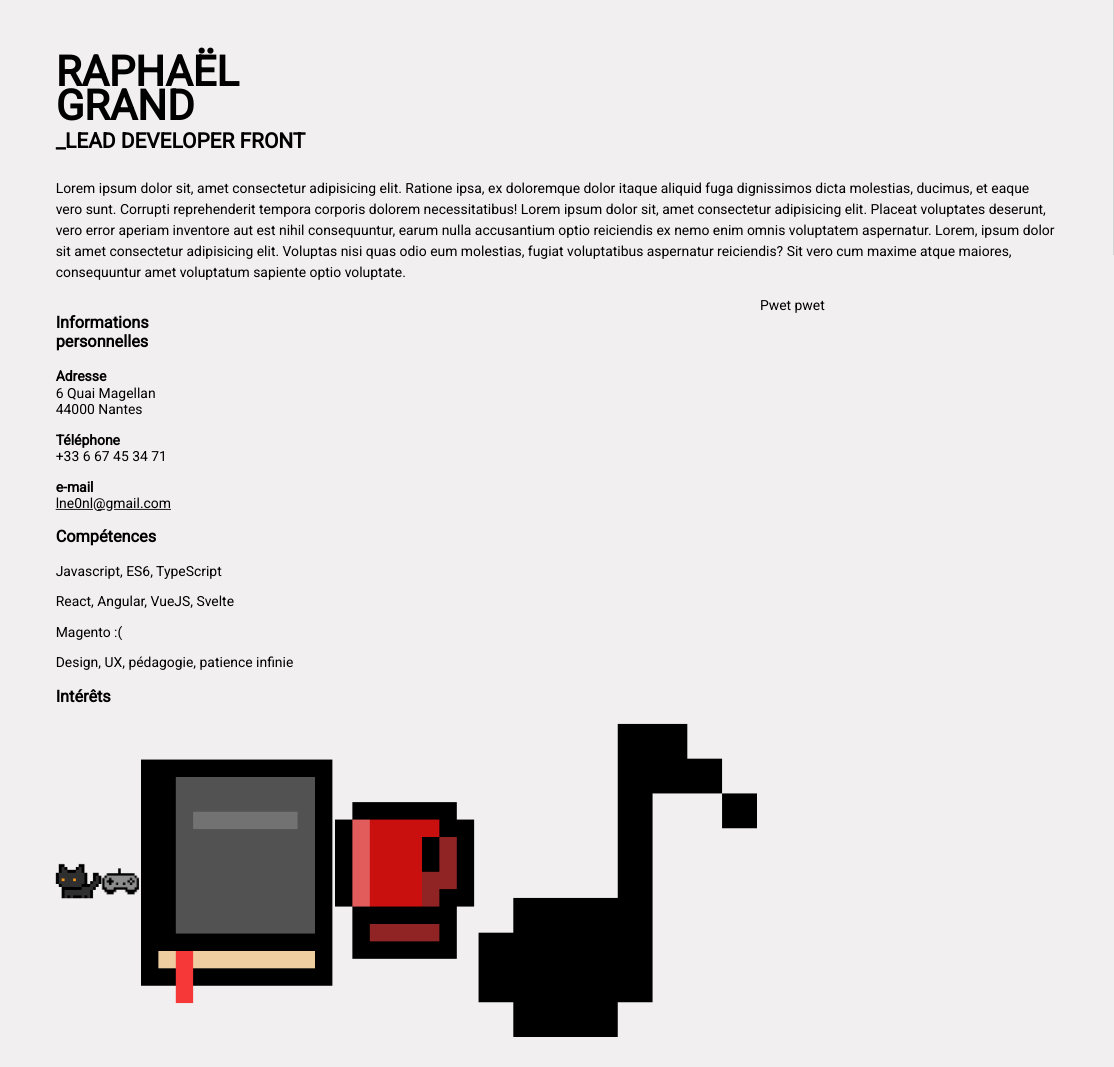
Repository: lne0nl/resume
Page: index.html
An editor plug-in stored every save of this project. The page is shown before and after the next save, followed by the edit.
The browser window is 1280 px wide. The pictures show the whole page, at 87% of full size.

Above is the page before, as saved 2021-12-10 11:09:25.

### index.html
<!DOCTYPE html>
<html lang="fr">
  <head>
    <meta charset="UTF-8" />
    <meta http-equiv="X-UA-Compatible" content="IE=edge" />
    <meta name="viewport" content="width=device-width, initial-scale=1.0" />
    <link rel="preconnect" href="https://fonts.googleapis.com" />
    <link rel="preconnect" href="https://fonts.gstatic.com" crossorigin />
    <link
      href="https://fonts.googleapis.com/css2?family=Roboto&display=swap"
      rel="stylesheet"
    />
    <link rel="stylesheet" type="text/css" href="style.css" />
    <title>CV Raphaël GRAND</title>
  </head>
  <body>
    <header>
      <h1>Raphaël<br />GRAND</h1>
      <h2>_Lead developer front</h2>
      <p class="bio">
        Lorem ipsum dolor sit, amet consectetur adipisicing elit. Ratione ipsa,
        ex doloremque dolor itaque aliquid fuga dignissimos dicta molestias,
        ducimus, et eaque vero sunt. Corrupti reprehenderit tempora corporis
        dolorem necessitatibus! Lorem ipsum dolor sit, amet consectetur
        adipisicing elit. Placeat voluptates deserunt, vero error aperiam
        inventore aut est nihil consequuntur, earum nulla accusantium optio
        reiciendis ex nemo enim omnis voluptatem aspernatur. Lorem, ipsum dolor
        sit amet consectetur adipisicing elit. Voluptas nisi quas odio eum
        molestias, fugiat voluptatibus aspernatur reiciendis? Sit vero cum
        maxime atque maiores, consequuntur amet voluptatum sapiente optio
        voluptate.
      </p>
    </header>
    <div class="core">
      <section class="infos">
        <article>
          <h3>Informations<br />personnelles</h3>
          <ul>
            <li title="address">
              <b>Adresse</b><br />
              6 Quai Magellan<br />44000 Nantes
            </li>
            <li title="phone">
              <b>Téléphone</b><br />
              +33 6 67 45 34 71
            </li>
            <li title="mail">
              <b>e-mail</b><br />
              <a href="mailto:lne0nl@gmail.com">lne0nl@gmail.com</a>
            </li>
          </ul>
        </article>
        <article>
          <h3>Compétences</h3>
          <ul>
            <li>Javascript, ES6, TypeScript</li>
            <li>React, Angular, VueJS, Svelte</li>
            <li>Magento :(</li>
            <li>Design, UX, pédagogie, patience infinie</li>
          </ul>
        </article>
        <article>
          <h3>Intérêts</h3>
          <div class="interests">
            <img class="cat" src="images/cat.png" alt="animals" title="Animaux">
            <img class="pad" src="images/pad.png" alt="video games" title="Jeux Vidéo">
            <img src="images/book.png" alt="book" title="Littérature">
            <img src="images/gloves.png" alt="boxing gloves" title="Boxe Française">
            <img src="images/music.png" alt="music" title="Musique">
          </div>
          <!-- <ul class="interests">
            <li title="Animaux"><img src="images/cat.png" alt="animals"></li>
            <li title="Jeux vidéo"><img src="images/pad.png" alt="video games"></li>
            <li title="Littérature">Littérature</li>
            <li title="Musique">Musique</li>
            <li title="Boxe Française">Boxe Française</li>
          </ul> -->
        </article>
      </section>
      <section class="resume">Pwet pwet</section>
    </div>
  </body>
</html>

### style.css
html {
  background-color: grey;
}

body {
  margin: 0 auto;
  padding: 2rem 4rem;
  max-width: 1280px;
  background-color: #f1efef;
  font-family: 'Roboto', sans-serif;
}

header {
  position: relative;
}

h1 {
  font-size: 3rem;
  line-height: 0.8;
  text-transform: uppercase;
}

h2 {
  text-align: right;
  position: absolute;
  top: 4rem;
  text-transform: uppercase;
}

a {
  text-decoration: underline;
  color: inherit;
}

a:visited {
  color: inherit;
}

.bio {
  padding-top: 2rem;
  line-height: 1.5;
}

ul {
  list-style: none;
  margin: 0;
  padding: 0;
}

li {
  margin-bottom: 1rem;
}

.core {
  display: flex;
}

.resume {
  flex: 1;
  /* background-color: yellow; */
}

.interests {
  display: flex;
  align-items: center;
}

.interests img {
  margin-bottom: 0;
}

.cat {
  height: 40px;
}

.pad {
  height: 30px;
}

After the next save:
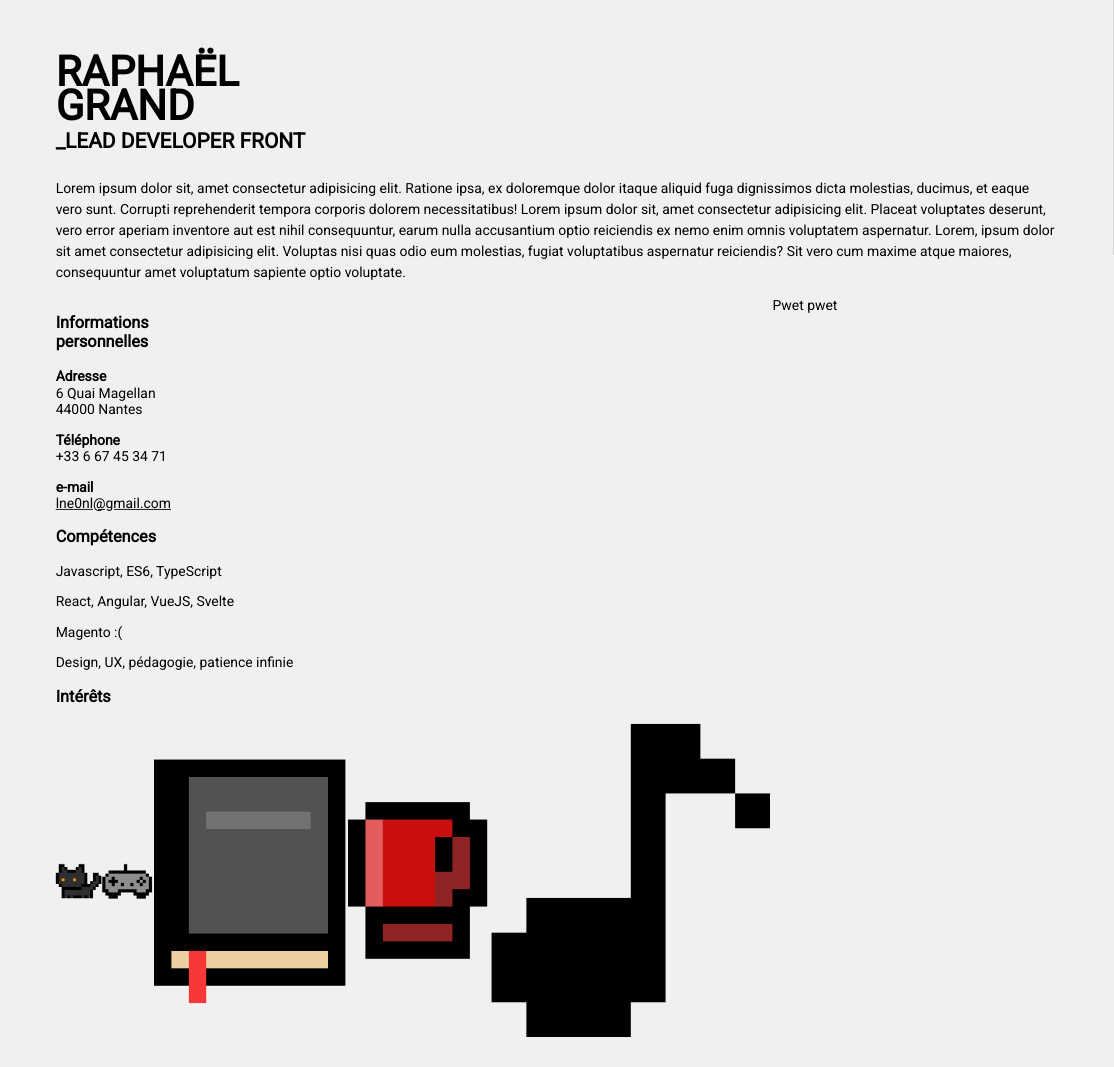
Saved 4 s later.
--- a/style.css
+++ b/style.css
@@ -74,5 +74,5 @@ li {
 }
 
 .pad {
-  height: 30px;
+  height: 40px;
 }
